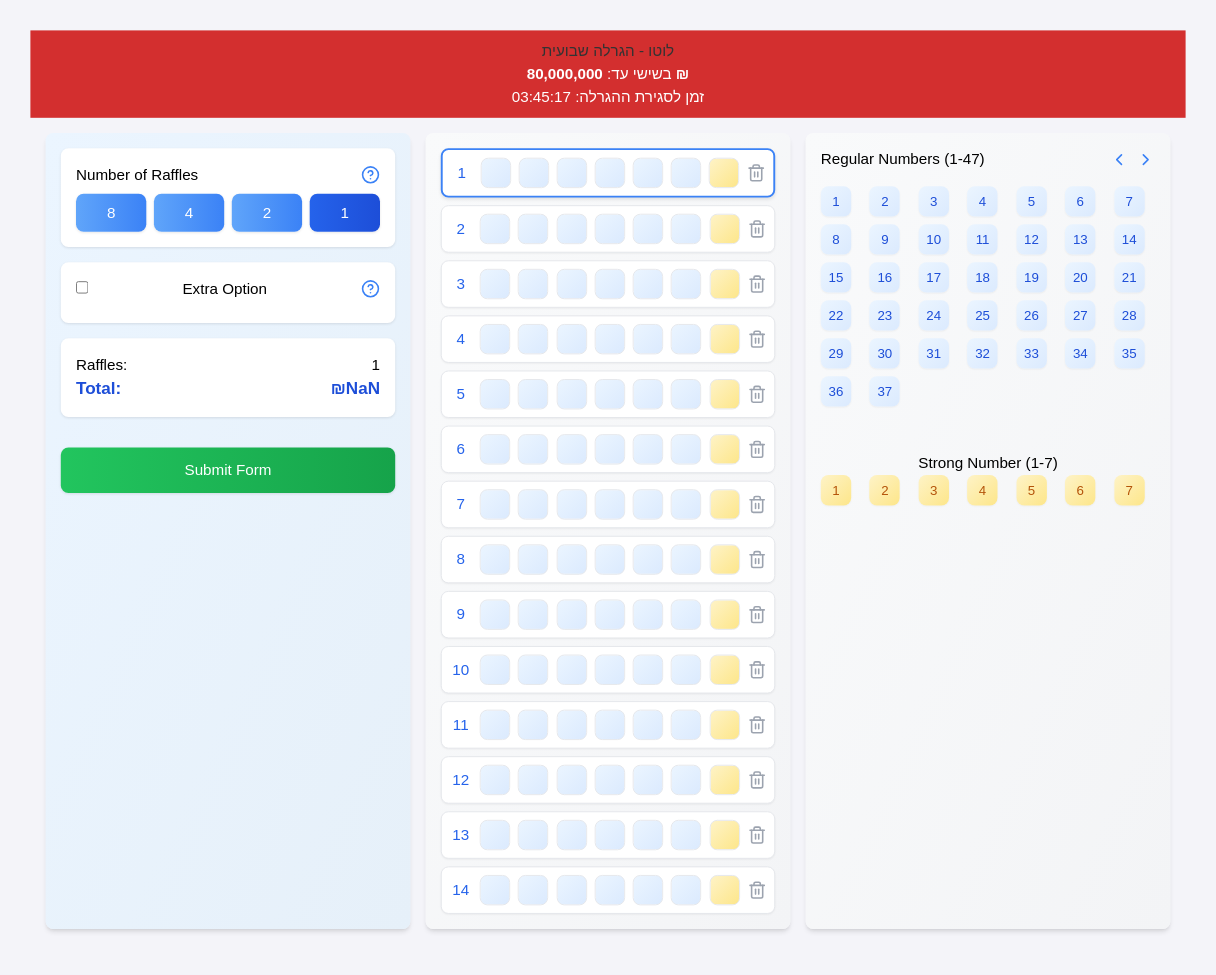
Repository: Giltih/LottoForm1
Page: /
The author's editor kept a copy of each file at every save. The page is drawn from the files as they stood at one save, then again after the next save.
The browser window is 1280 px wide. The pictures show the whole page, at 95% of full size.
The project was rebuilt for these pictures with package versions that can differ from the ones it lists, and the page was loaded fresh each time. Also part of the build but not shown: vite.config.ts.

Above is the page before, as saved 2025-02-20 12:52:52.

After the next save:
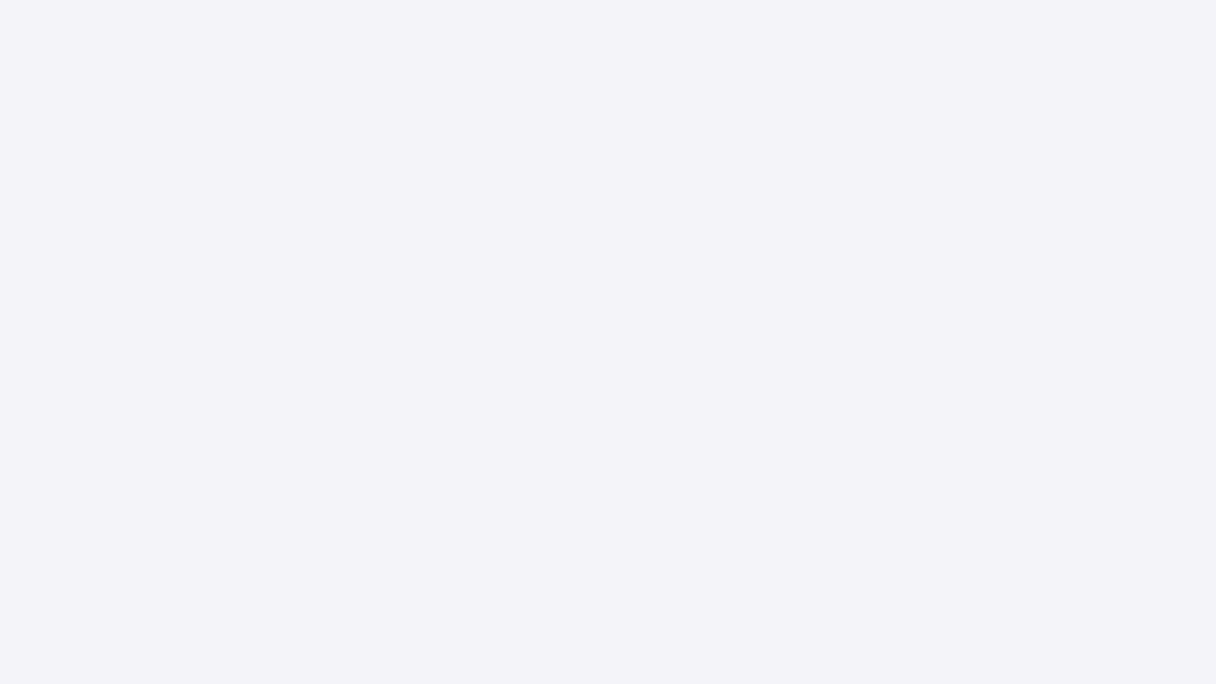
Console error: ReferenceError: ra is not defined
Saved 5 s later.
--- a/src/components/LotteryInterface.tsx
+++ b/src/components/LotteryInterface.tsx
@@ -162,7 +162,7 @@
             </div>
             <div className="total-row">
               <span>Total:</span>
-              <span>₪{calculateTotalPrice()}</span>
+              <span>₪{calculateTotalPrice(ra)}</span>
             </div>
           </div>
           <button className="submit-button">Submit Form</button>

After the 4 saves that followed:
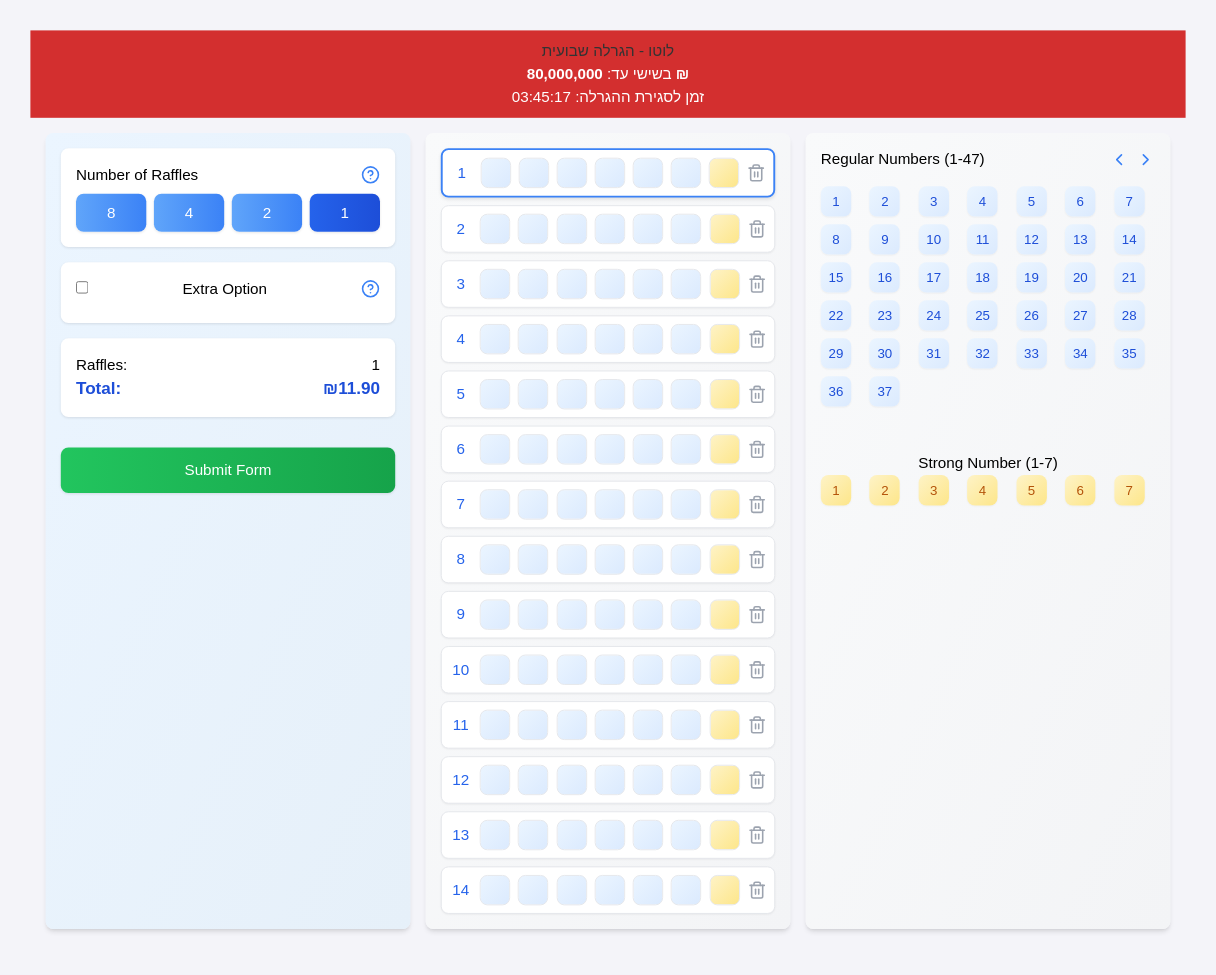
The error is gone.
The 4 saves are shown as one change because 2 left the picture as it was and some came seconds apart.
The last was saved 16 s later.
--- a/src/components/LotteryInterface.tsx
+++ b/src/components/LotteryInterface.tsx
@@ -162,7 +162,7 @@
             </div>
             <div className="total-row">
               <span>Total:</span>
-              <span>₪{calculateTotalPrice(ra)}</span>
+              <span>₪{calculateTotalPrice(selectedRaffles)}</span>
             </div>
           </div>
           <button className="submit-button">Submit Form</button>
